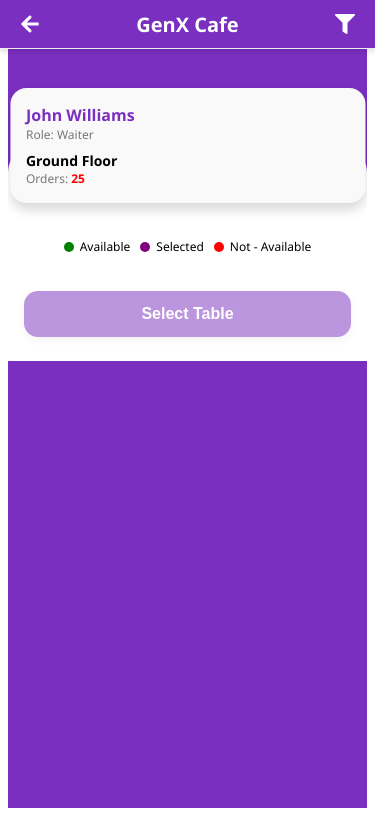
Repository: rajeshwaranslv/sturdy-spork-genx-frontend
Page: /
An editor plug-in stored every save of this project. The page is shown before and after the next save, followed by the edit.
The browser window is 375 px wide. The pictures show the whole page.
The page's requests for data from a server got no answer. The project was rebuilt for these pictures with package versions that can differ from the ones it lists, and the page was loaded fresh each time. No one was signed in, and anything a server would have sent is missing. Also part of the build but not shown: src/components/menu.css, src/components/MenuSelection.js, src/components/OrderReview.js, src/components/Billing.js, src/components/Success.js.

Above is the page before, as saved 2025-07-16 14:24:26.

After the next save:
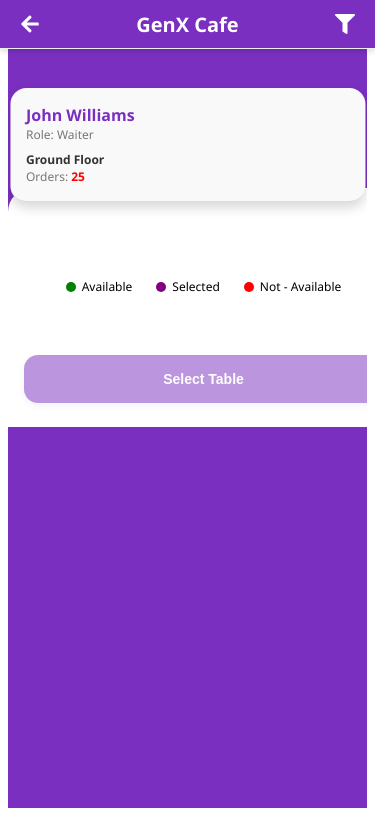
Saved 55 s later.
--- a/src/components/style.css
+++ b/src/components/style.css
@@ -4,6 +4,8 @@
   min-height: 100vh;
   font-family: 'Segoe UI', sans-serif;
   overflow-x: hidden;
+  display: flex;
+  flex-direction: column;
 }
 
 /* Header */
@@ -11,7 +13,7 @@
   display: flex;
   justify-content: space-between;
   align-items: center;
-  padding: 16px;
+  padding: 16px 20px;
   color: white;
   background: #7a2fc0;
   position: sticky;
@@ -21,11 +23,11 @@
 
 .header-bar h2 {
   margin: 0;
+  font-size: clamp(18px, 2vw, 24px);
+}
+
+.icon {
   font-size: 20px;
-}
-
-.icon {
-  font-size: 18px;
   cursor: pointer;
 }
 
@@ -39,32 +41,32 @@
   background: white;
   border-radius: 16px;
   box-shadow: 0 6px 12px rgba(0, 0, 0, 0.15);
-  padding: 14px 20px;
+  padding: 16px 24px;
   width: 90%;
-  max-width: 360px;
+  max-width: 800px;
   display: flex;
   justify-content: space-between;
   align-items: center;
+  flex-wrap: wrap;
+  gap: 12px;
 }
 
 .waiter-name {
   color: #7a2fc0;
   font-weight: bold;
-}
-
-.waiter-role {
-  font-size: 12px;
+  font-size: clamp(16px, 1.5vw, 20px);
+}
+
+.waiter-role,
+.floor-label,
+.orders-count {
+  font-size: clamp(12px, 1.2vw, 16px);
   color: #777;
 }
 
 .floor-label {
   font-weight: bold;
-  font-size: 14px;
-}
-
-.orders-count {
-  font-size: 12px;
-  color: #777;
+  color: #333;
 }
 
 .order-red {
@@ -75,12 +77,15 @@
 /* Main White Rounded Table Section */
 .table-section {
   background: white;
-  margin-top: 140px; /* space for card to float */
+  margin-top: 180px; /* space for card to float */
   border-top-left-radius: 24px;
   border-top-right-radius: 24px;
   padding: 90px 16px 24px;
   position: relative;
   z-index: 1;
+  width: 100%;
+  max-width: 960px;
+  margin-inline: auto;
 }
 
 /* Legend */
@@ -88,7 +93,7 @@
   display: flex;
   justify-content: center;
   gap: 24px;
-  font-size: 14px;
+  font-size: clamp(12px, 1.2vw, 16px);
   margin-bottom: 20px;
   flex-wrap: wrap;
 }
@@ -119,16 +124,16 @@
 /* Table Grid */
 .table-grid {
   display: grid;
-  grid-template-columns: repeat(auto-fit, minmax(110px, 1fr));
-  gap: 14px;
+  grid-template-columns: repeat(auto-fit, minmax(120px, 1fr));
+  gap: 16px;
   margin-bottom: 16px;
 }
 
 /* Table Buttons */
 .table-btn {
-  padding: 14px 0;
+  padding: clamp(14px, 2vh, 18px) 0;
   border-radius: 14px;
-  font-size: 16px;
+  font-size: clamp(14px, 1.5vw, 18px);
   font-weight: bold;
   border: 2px solid transparent;
   cursor: pointer;
@@ -160,15 +165,16 @@
 /* Select Button */
 .select-btn {
   width: 100%;
-  padding: 14px;
+  padding: 16px;
   border-radius: 14px;
   background-color: #7a2fc0;
   color: white;
-  font-size: 16px;
+  font-size: clamp(14px, 1.5vw, 18px);
   font-weight: bold;
   border: none;
   cursor: pointer;
   box-shadow: 0 3px 8px rgba(0, 0, 0, 0.1);
+  margin-top: 24px;
 }
 
 .select-btn:disabled {
@@ -180,7 +186,7 @@
   background-color: #6926b2;
 }
 
-/* Responsive */
+/* Responsive - Small Devices */
 @media (max-width: 480px) {
   .waiter-card {
     flex-direction: column;
@@ -189,13 +195,7 @@
     gap: 8px;
   }
 
-  .legend-row {
-    gap: 10px;
-    font-size: 12px;
+  .table-grid {
+    grid-template-columns: repeat(2, 1fr);
   }
-
-  .table-btn {
-    font-size: 14px;
-    padding: 12px 0;
-  }
-}
+}

After the save that followed:
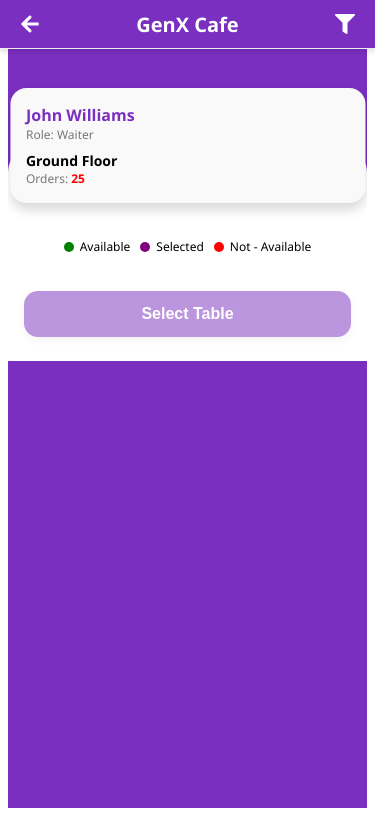
Saved 25 s later.
--- a/src/components/style.css
+++ b/src/components/style.css
@@ -4,8 +4,6 @@
   min-height: 100vh;
   font-family: 'Segoe UI', sans-serif;
   overflow-x: hidden;
-  display: flex;
-  flex-direction: column;
 }
 
 /* Header */
@@ -13,7 +11,7 @@
   display: flex;
   justify-content: space-between;
   align-items: center;
-  padding: 16px 20px;
+  padding: 16px;
   color: white;
   background: #7a2fc0;
   position: sticky;
@@ -23,11 +21,11 @@
 
 .header-bar h2 {
   margin: 0;
-  font-size: clamp(18px, 2vw, 24px);
+  font-size: 20px;
 }
 
 .icon {
-  font-size: 20px;
+  font-size: 18px;
   cursor: pointer;
 }
 
@@ -41,32 +39,32 @@
   background: white;
   border-radius: 16px;
   box-shadow: 0 6px 12px rgba(0, 0, 0, 0.15);
-  padding: 16px 24px;
+  padding: 14px 20px;
   width: 90%;
-  max-width: 800px;
+  max-width: 360px;
   display: flex;
   justify-content: space-between;
   align-items: center;
-  flex-wrap: wrap;
-  gap: 12px;
 }
 
 .waiter-name {
   color: #7a2fc0;
   font-weight: bold;
-  font-size: clamp(16px, 1.5vw, 20px);
-}
-
-.waiter-role,
-.floor-label,
+}
+
+.waiter-role {
+  font-size: 12px;
+  color: #777;
+}
+
+.floor-label {
+  font-weight: bold;
+  font-size: 14px;
+}
+
 .orders-count {
-  font-size: clamp(12px, 1.2vw, 16px);
+  font-size: 12px;
   color: #777;
-}
-
-.floor-label {
-  font-weight: bold;
-  color: #333;
 }
 
 .order-red {
@@ -77,15 +75,12 @@
 /* Main White Rounded Table Section */
 .table-section {
   background: white;
-  margin-top: 180px; /* space for card to float */
+  margin-top: 140px; /* space for card to float */
   border-top-left-radius: 24px;
   border-top-right-radius: 24px;
   padding: 90px 16px 24px;
   position: relative;
   z-index: 1;
-  width: 100%;
-  max-width: 960px;
-  margin-inline: auto;
 }
 
 /* Legend */
@@ -93,7 +88,7 @@
   display: flex;
   justify-content: center;
   gap: 24px;
-  font-size: clamp(12px, 1.2vw, 16px);
+  font-size: 14px;
   margin-bottom: 20px;
   flex-wrap: wrap;
 }
@@ -124,16 +119,16 @@
 /* Table Grid */
 .table-grid {
   display: grid;
-  grid-template-columns: repeat(auto-fit, minmax(120px, 1fr));
-  gap: 16px;
+  grid-template-columns: repeat(auto-fit, minmax(110px, 1fr));
+  gap: 14px;
   margin-bottom: 16px;
 }
 
 /* Table Buttons */
 .table-btn {
-  padding: clamp(14px, 2vh, 18px) 0;
+  padding: 14px 0;
   border-radius: 14px;
-  font-size: clamp(14px, 1.5vw, 18px);
+  font-size: 16px;
   font-weight: bold;
   border: 2px solid transparent;
   cursor: pointer;
@@ -165,16 +160,15 @@
 /* Select Button */
 .select-btn {
   width: 100%;
-  padding: 16px;
+  padding: 14px;
   border-radius: 14px;
   background-color: #7a2fc0;
   color: white;
-  font-size: clamp(14px, 1.5vw, 18px);
+  font-size: 16px;
   font-weight: bold;
   border: none;
   cursor: pointer;
   box-shadow: 0 3px 8px rgba(0, 0, 0, 0.1);
-  margin-top: 24px;
 }
 
 .select-btn:disabled {
@@ -186,7 +180,7 @@
   background-color: #6926b2;
 }
 
-/* Responsive - Small Devices */
+/* Responsive */
 @media (max-width: 480px) {
   .waiter-card {
     flex-direction: column;
@@ -195,7 +189,13 @@
     gap: 8px;
   }
 
-  .table-grid {
-    grid-template-columns: repeat(2, 1fr);
+  .legend-row {
+    gap: 10px;
+    font-size: 12px;
   }
-}
+
+  .table-btn {
+    font-size: 14px;
+    padding: 12px 0;
+  }
+}
